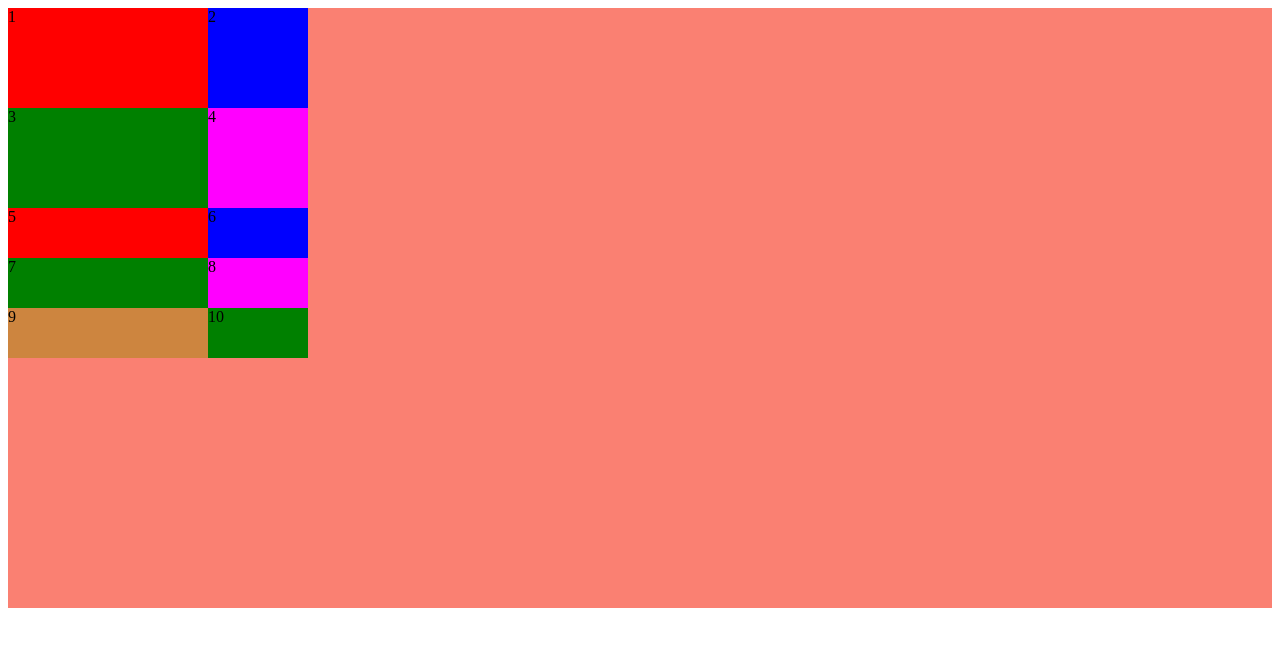
Repository: DinkarRavi/Dinkar_Coding
Page: 22aug24/grid.html
An editor plug-in stored every save of this project. The page is shown before and after the next save, followed by the edit.
The browser window is 1280 px wide. The pictures show the whole page.

Above is the page before, as saved 2024-08-22 15:06:46.

After the next save:
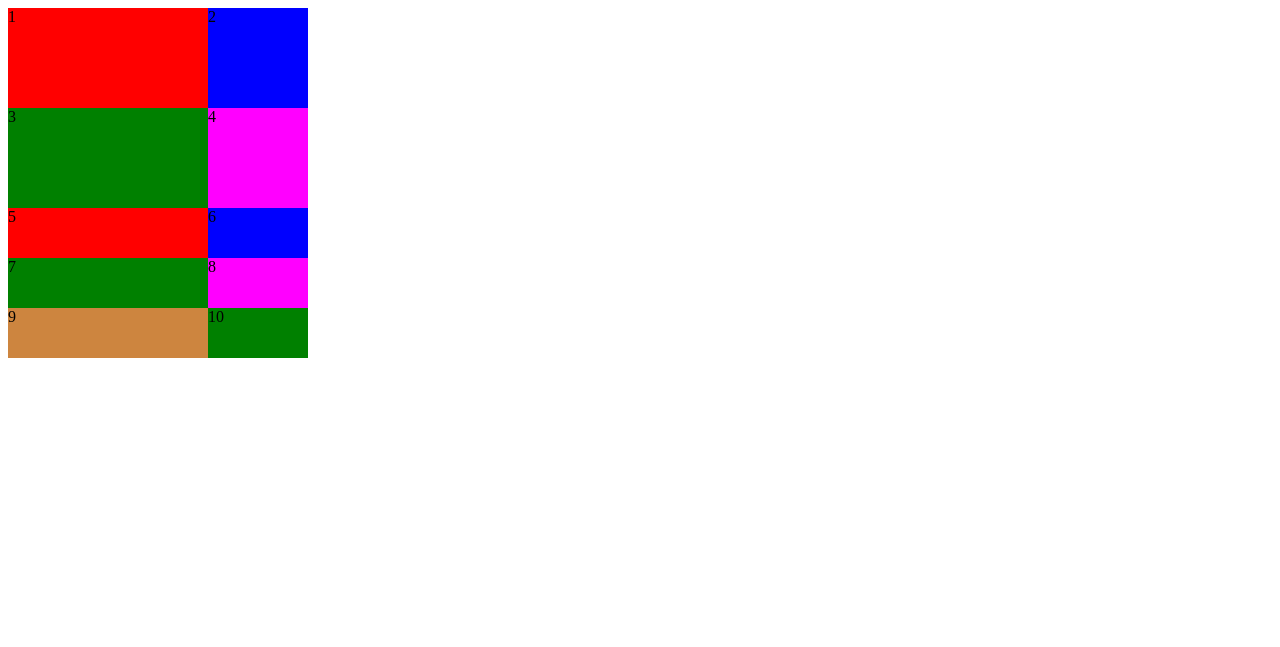
Saved 19 s later.
--- a/22aug24/grid.css
+++ b/22aug24/grid.css
@@ -2,7 +2,7 @@
 
 #parent{
 border: 2px;
-background-color: salmon;
+background-: salmon;
 height: 600px;
 display: grid;
 grid-template-columns: 200px 100px;
